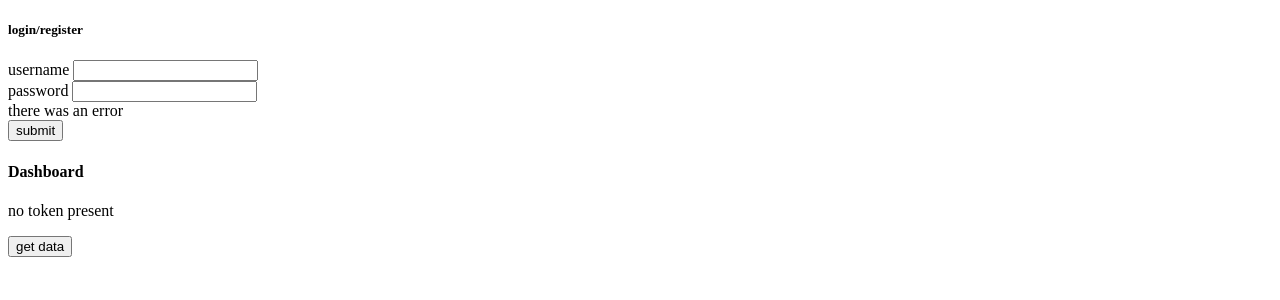
Repository: shivanand1988-28-06/townwarta
Page: http://localhost/
The author's editor kept a copy of each file at every save. The page is drawn from the files as they stood at one save, then again after the next save.
The browser window is 1280 px wide. The pictures show the whole page.
Some web libraries are served in a nearby version. The page is served by the project's Node server (Townwarta.js). Other server files are loaded and not shown.

Above is the page before, as saved 2022-03-15 22:05:49.

### public/index.html
<!-- <!DOCTYPE html>
<html>

<head>
    <meta charset="UTF-8" />
    <meta http-equiv="X-UA-Compatible" content="IE=edge" />
    <meta name="viewport" content="width=device-width, initial-scale=1.0" />
    <title>Townwarta</title>
    <link rel="stylesheet" href="./styles.css" />
</head>
    <body>
        <main>
             <form class= "form makenews">
        <div>
              <label for= "newstitle" class= "newstitle-label">TITLE</label><br><br>
              <input type = "text" class = "newstitle-input"></input><br><br>
        </div>

        <div>
              <label for= "newsheading" class= "newsheading-label">Heading</label><br><br>
              <textarea name="heading" class="newsheading" ></textarea><br><br>
        </div>
 <div>
                <label for= "newsarticle" class= "news-label">NewsArticle</label><br><br>
                <textarea name=" newsarticle" cols="30" rows="10"></textarea><br><br>
            </div>
            <div>
                <label for="newsimages"></label><br><br>
                <input type="file" name="newsimage" multiple><br><br>
            </div>
            <div>
                <label for="tags" class="tags">SelectTags</label><br><br>
                <select class="tags" multiple>
                    <option value="sports">SPORTS</option>
                    <option value="health">HEALTH</option>
                    <option value="politics">POLITICS</option>
                    <option value="security">SECURITY</option>
                    <option value="international">INTERNATIONAL</option>
                    <option value="bollywood">BOLLYWOOD</option>
                </select><br><br>
            </div>
            <div>
                <label for="tags" class="tags">SelectStates</label><br><br>
                <select class="tags" multiple>
                    <option value="UTTARPRADESH">UTTARPRADESH</option>
                    <option value="MAHARASHTRA">MAHARASHTRA</option>
                    <option value="GUJRAT">GUJRAT</option>
                    <option value="PANJAB">PANJAB</option>
                    <option value="TAMILNADU">TAMILNADU</option>
                    <option value="JAMMU AND KASHMIR">JAMMU AND KASHMIR</option>
                </select><br><br>
            </div>

                <button type = "submit" class="form-submit">SUBMIT NEWS DATA</button>

            </form>

        </main>



<script>
 src="https://cdnjs.cloudflare.com/ajax/libs/axios/0.21.1/axios.min.js"
      integrity="sha512-bZS47S7sPOxkjU/4Bt0zrhEtWx0y0CRkhEp8IckzK+ltifIIE9EMIMTuT/mEzoIMewUINruDBIR/jJnbguonqQ=="
      crossorigin="anonymous"
      referrerpolicy="no-referrer"
</script>
<script src= "./browser-app.js"></script>
</body>
</html> -->




<!DOCTYPE html>
<html lang="en">
  <head>
    <meta charset="UTF-8" />
    <meta http-equiv="X-UA-Compatible" content="IE=edge" />
    <meta name="viewport" content="width=device-width, initial-scale=1.0" />
    <title>JWT Basics</title>
    <link rel="stylesheet" href="./styles.css" />

  </head>
  <body>
    <main>
      <form class="form contact-form">
        <h5>login/register</h5>
        <div class="form-row">
          <label for="username" class="form-label">username</label>
          <input type="text" class="form-input username-input" />
        </div>
        <div class="form-row">
          <label for="password" class="form-label">password</label>
          <input type="password" class="form-input password-input" />
        </div>
        <div class="text-small form-alert">there was an error</div>
        <button type="submit" class="btn btn-block">submit</button>
      </form>
      <div class="container">
        <h4>Dashboard</h4>
        <p class="token">no token present</p>
        <div class="result"></div>
        <button class="btn btn-block" id="data">get data</button>
      </div>
      <div id="root"></div>
    </main>
    <script
      src="https://cdnjs.cloudflare.com/ajax/libs/axios/0.21.1/axios.min.js"
      integrity="sha512-bZS47S7sPOxkjU/4Bt0zrhEtWx0y0CRkhEp8IckzK+ltifIIE9EMIMTuT/mEzoIMewUINruDBIR/jJnbguonqQ=="
      crossorigin="anonymous"
      referrerpolicy="no-referrer"
    ></script>
    <script src="./browser-app.js"></script>

  </body>
</html>

### Townwarta.js

require("dotenv").config();
const express = require("express");
const mongoose = require("mongoose");
const router = require("./routes/mainroutes");
const connectDB = require("./db/connect");
const app = express();

const port = process.env.PORT || 3000

app.use(express.json());

 app.use("/api/v1",router);
 app.use (express.urlencoded({extended:false}));
 app.use(express.static("./public"));

const start = async () =>{

try{

    await connectDB(process.env.MONGO_URI);
    app.listen(port,()=>{ console.log(`app is running over port ${port}`)});

}catch(error) {

    console.log(error);

}

}

start();

### public/styles.css
.makenews{
    text-align: center;
    padding-top: 40px;
};
.newstitle-label{
   padding-bottom: 0px;
   color:blue;
}
.newstitle-input{
    color:brown;
};
.newsheading{

    color:blue
};
.form{
    background-color: rgb(87, 182, 182);
  };
.form-row{
   padding: 50px;
   text-align: center;
};
.form-alert{
    color:blue
}

### public/browser-app.js

// const formDOM = document.querySelector('.form');
// const usernameInputDOM = document.querySelector('.username-input');
// const passwordInputDOM = document.querySelector('.password-input');
// const btnDOM = document.querySelector('#data');
// const resultDOM = document.querySelector('.result');

// formDOM.addEventListener('submit',async(e)=>{
//    e.preventDefault();
//     const username = usernameInputDOM.value
//     const password = passwordInputDOM.valuey

//     const newsheading = textDOM.value;

// try{

// const {data} = await axios.post('/api/v1/news/users',{username,password})

// }catch(error){
//         console.log(error);
// }


//      }
// );

// btnDOM.addEventListener('click',async(e)=>{
//         const {data} = await axios.get('/api/v1/news/users',(e)=>{console.log({data})}

//         );
//         resultDOM.innerHTML = `<h1>${data.username}</h1>`;
// }

// )






const formDOM = document.querySelector('.form');
const usernameInputDOM = document.querySelector('.username-input');
const passwordInputDOM = document.querySelector('.password-input');
const formAlertDOM = document.querySelector('.form-alert');
const resultDOM = document.querySelector('.result');
const btnDOM = document.querySelector('#data');
const tokenDOM = document.querySelector('.token');

formDOM.addEventListener('submit', async (e) => {
  formAlertDOM.classList.remove('text-success')
  tokenDOM.classList.remove('text-success')

  e.preventDefault()
  const username = usernameInputDOM.value
  const password = passwordInputDOM.value

  try {
    const { data } = await axios.post('/api/v1/users', { username, password })

    formAlertDOM.style.display = 'block'
    formAlertDOM.textContent = data.msg

    formAlertDOM.classList.add('text-success')
    usernameInputDOM.value = ''
    passwordInputDOM.value = ''

    localStorage.setItem('token', data.token)
    resultDOM.innerHTML = ''
    tokenDOM.textContent = 'token present'
    tokenDOM.classList.add('text-success')
  } catch (error) {
    formAlertDOM.style.display = 'block'
    formAlertDOM.textContent = error.response.data.msg
    localStorage.removeItem('token')
    resultDOM.innerHTML = ''
    tokenDOM.textContent = 'no token present'
    tokenDOM.classList.remove('text-success')
  }
  setTimeout(() => {
    formAlertDOM.style.display = 'none'
  }, 2000)
})

btnDOM.addEventListener('click', async () => {
  const token = localStorage.getItem('token')
  try {
    const { data } = await axios.get('/api/v1/users', {
      headers: {
        Authorization: `Bearer ${token}`,
      },
    })
    resultDOM.innerHTML = `<h5>${data.msg}</h5><p>${data.allusers[data.allusers.length-1].password}</p>`
    console.log(data.allusers.length);
    data.secret
  } catch (error) {
    localStorage.removeItem('token')
    resultDOM.innerHTML = `<p>${error.response.data.msg}</p>`
  }
})

const checkToken = () => {
  tokenDOM.classList.remove('text-success')

  const token = localStorage.getItem('token')
  if (token) {
    tokenDOM.textContent = 'token present'
    tokenDOM.classList.add('text-success')
  }
}
checkToken();

After the next save:
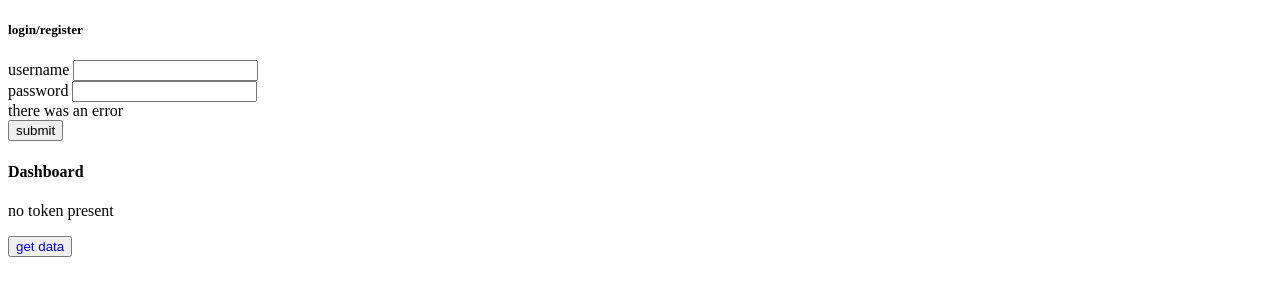
Saved 48 min 25 s later.
--- a/public/styles.css
+++ b/public/styles.css
@@ -23,3 +23,7 @@
 .form-alert{
     color:blue
 }
+
+#data{
+    color: blue;
+}

After the 2 saves that followed:
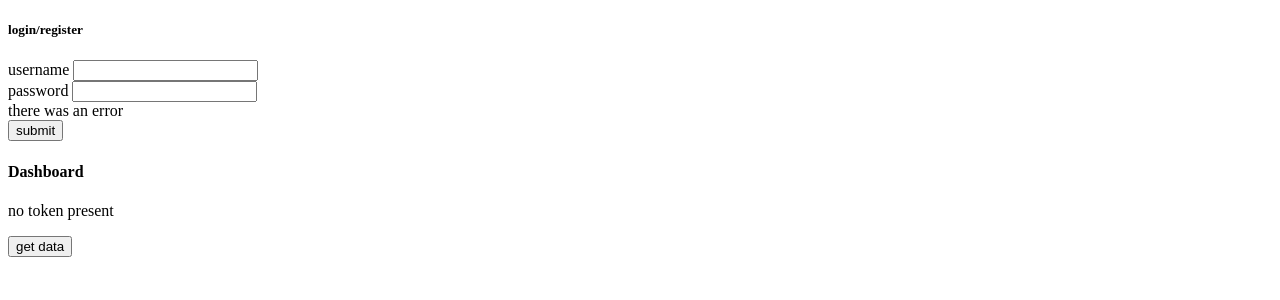
The 2 saves are shown as one change because 1 left the picture as it was.
The last was saved 95 s later.
--- a/public/styles.css
+++ b/public/styles.css
@@ -15,14 +15,10 @@
 };
 .form{
     background-color: rgb(87, 182, 182);
+    padding: 50px;
+    text-align: center;
   };
-.form-row{
-   padding: 50px;
-   text-align: center;
-};
-.form-alert{
-    color:blue
-}
+
 
 #data{
     color: blue;
